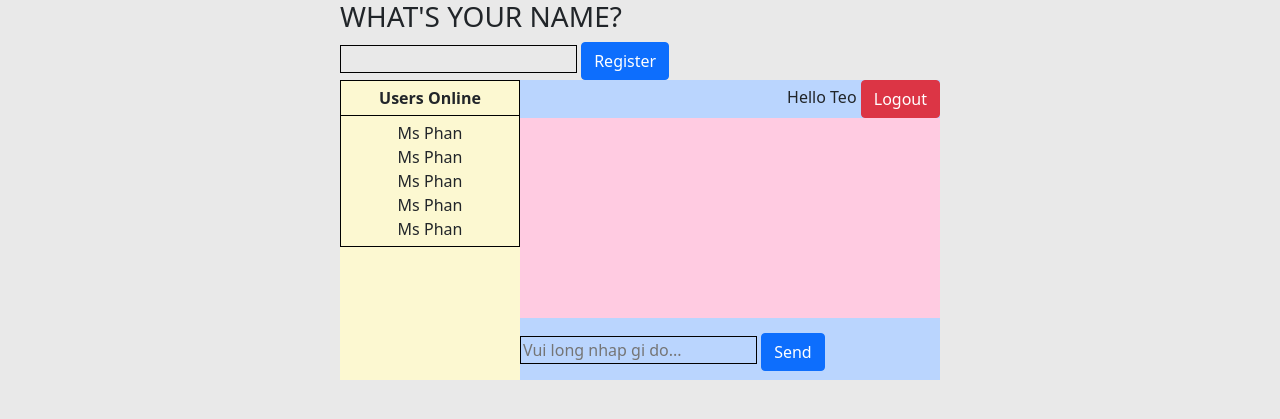
Repository: haimy125/demo_chat
Page: http://localhost/
These files come from the project's save history. The page is drawn as it stood at one moment and after the next save; the edit follows.
The browser window is 1280 px wide. The pictures show the whole page.
The page is served by the project's Node server (DEMO_CHAT_SOCKETIO/SERVER.js).

Above is the page before, as saved 2021-08-29 15:50:22.

After the next save:
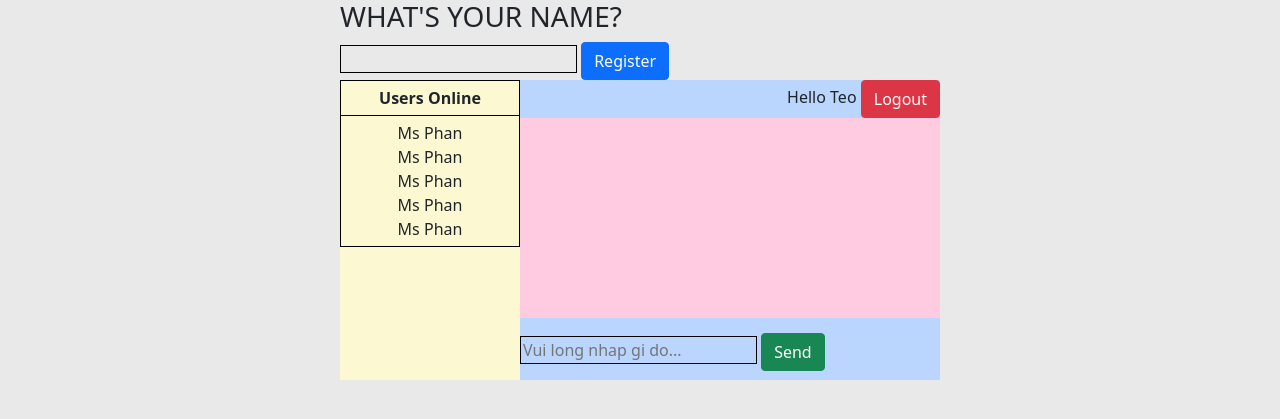
Saved 13 s later.
--- a/DEMO_CHAT_SOCKETIO/views/trangchu.ejs
+++ b/DEMO_CHAT_SOCKETIO/views/trangchu.ejs
@@ -45,7 +45,7 @@
 
                     <div>
                         <input type="text" id="txtMessage" placeholder="Vui long nhap gi do...">
-                        <input type="button" id="btnSendMessage" value="Send" class="btn btn-primary">
+                        <input type="button" id="btnSendMessage" value="Send" class="btn btn-success">
                     </div>
                 </div>
             </div>
